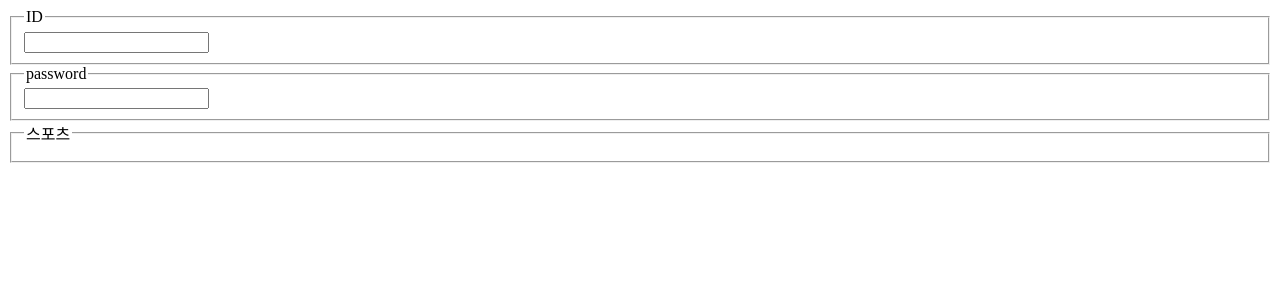
Repository: mireu930/Serverlet_App
Page: src/build/classes/webapp/template/sample_form.html
An editor plug-in stored every save of this project. The page is shown before and after the next save, followed by the edit.
The browser window is 1280 px wide. The pictures show the whole page.

Above is the page before, as saved 2025-02-07 16:08:12.

### src/build/classes/webapp/template/sample_form.html
<!DOCTYPE html>
<html lang="en">
<head>
  <meta charset="UTF-8">
  <meta name="viewport" content="width=device-width, initial-scale=1.0">
  <title>Document</title>
</head>
<body>
  <form>
    <fieldset>
      <legend>ID</legend>
      <input type = "text">
    </fieldset>
    <fieldset>
      <legend>password</legend>
      <input type = "password">

    </fieldset>
    <fieldset>
      <legend>
        스포츠
      </legend>
    </fieldset>
  </form>
</body>
</html>

After the next save:
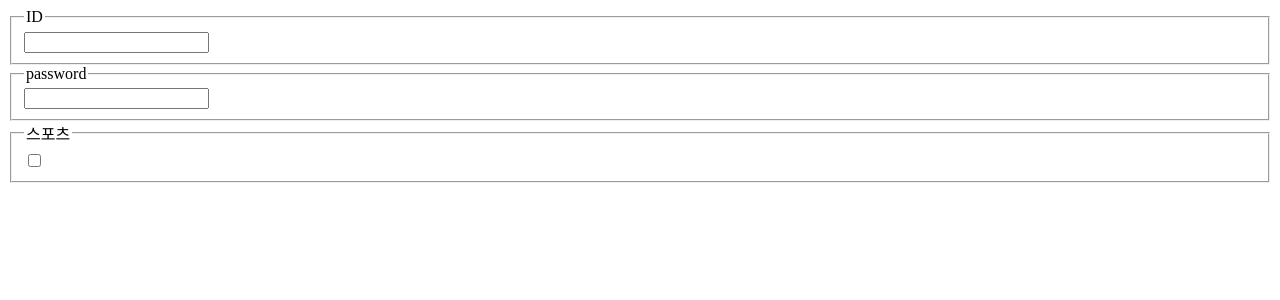
Saved 24 s later.
--- a/src/build/classes/webapp/template/sample_form.html
+++ b/src/build/classes/webapp/template/sample_form.html
@@ -20,6 +20,7 @@
       <legend>
         스포츠
       </legend>
+      <input type = "checkbox">
     </fieldset>
   </form>
 </body>
